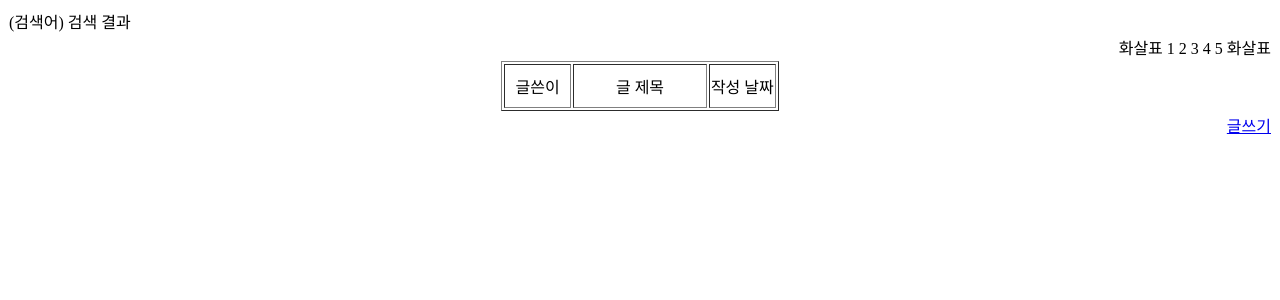
Repository: GOHO97/Haheeho
Page: http://localhost/Haheeho_Adblock/WEB-INF/views/board/board.jsp
These files come from the project's save history. The page is drawn as it stood at one moment and after the next save; the edit follows.
The browser window is 1280 px wide. The pictures show the whole page.
The page is served by Tomcat 9. Nobody is signed in. The template is opened directly, without the code that normally fills it, so the values that code supplies are empty.

Above is the page before, as saved 2022-11-01 03:06:26.

After the next save:
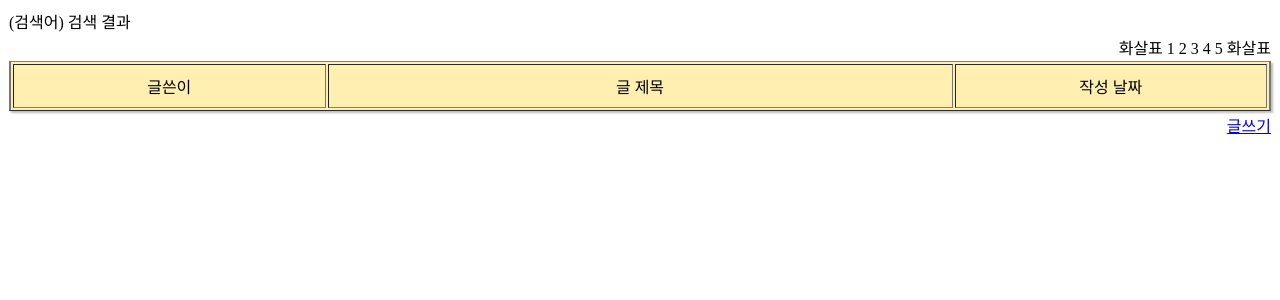
Saved 2 min 6 s later.
--- a/Haheeho_Adblock/src/main/webapp/WEB-INF/views/board/board.jsp
+++ b/Haheeho_Adblock/src/main/webapp/WEB-INF/views/board/board.jsp
@@ -21,7 +21,7 @@
 		</tr>
 		<tr>
 			<td align="center">
-				<table border="1" id="boardArea">
+				<table border="1" class="boardArea">
 					<tr>
 						<td class="boardUserName" align="center">
 							글쓴이
